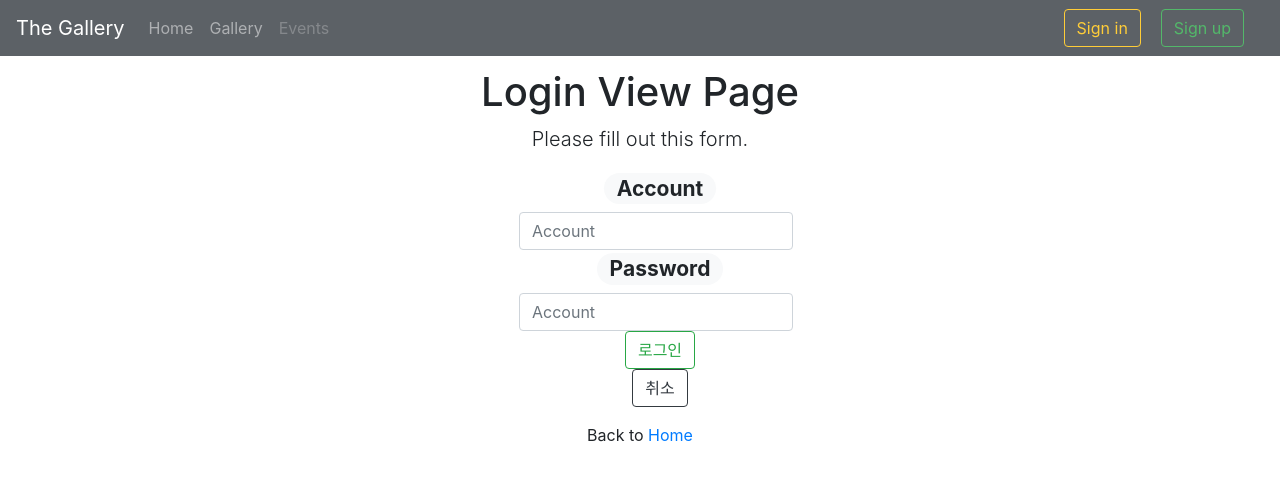
Repository: caramelsyrup/SpringProject1
Page: http://localhost/gallery/WEB-INF/views/customLogin.jsp
The author's editor kept a copy of each file at every save. The page is drawn from the files as they stood at one save, then again after the next save.
The browser window is 1280 px wide. The pictures show the whole page.
The page is served by Tomcat 9. Nobody is signed in. The template is opened directly, without the code that normally fills it, so the values that code supplies are empty.

Above is the page before, as saved 2020-11-17 05:48:38.

After the next save:
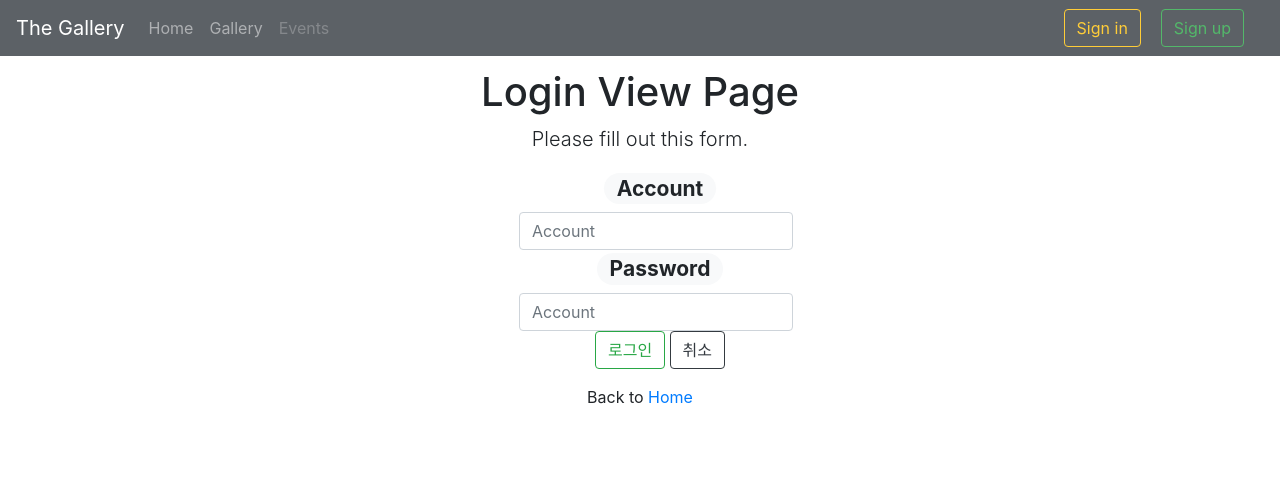
Saved 39 s later.
--- a/gallery/src/main/webapp/WEB-INF/views/customLogin.jsp
+++ b/gallery/src/main/webapp/WEB-INF/views/customLogin.jsp
@@ -18,10 +18,9 @@
     		</li>
     		<li>
 		        <input class="btn btn-outline-success my-2 my-sm-0" type="button" id="btnLogin" value="로그인">
+		        <input class="btn btn-outline-dark my-2 my-sm-0" type="reset" value="취소">
 		    </li>
-    		<li>
-    			<input class="btn btn-outline-dark my-2 my-sm-0" type="reset" value="취소">
-    		</li>
+    		<li></li>
     	</ul>
       </form>
    <p>Back to <a href="/">Home</a></p>
